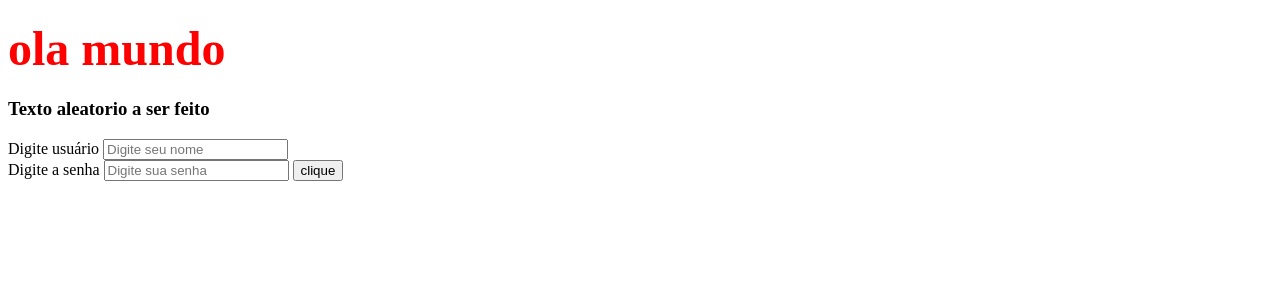
Repository: waanvieira/f21-jdbc-f21-jdbc-exer
Page: curso_java_web1/src/main/webapp/index.html
An editor plug-in stored every save of this project. The page is shown before and after the next save, followed by the edit.
The browser window is 1280 px wide. The pictures show the whole page.

Above is the page before, as saved 2019-02-18 04:19:22.

After the next save:
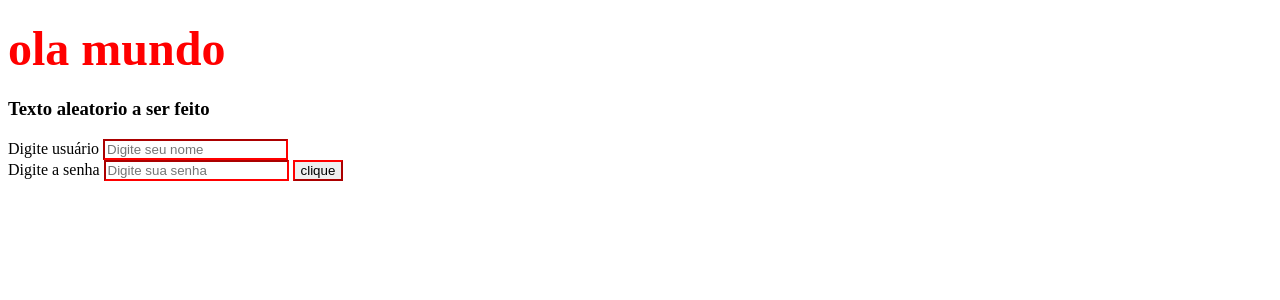
Saved 107 s later.
--- a/curso_java_web1/src/main/webapp/index.html
+++ b/curso_java_web1/src/main/webapp/index.html
@@ -2,6 +2,11 @@
 <html>
 <head>
 <meta charset="ISO-8859-1">
+<style type="text/css">
+input {
+	border-color: red;
+}
+</style>
 <script type="text/javascript">
 function mundo(){
 	if(document.getElementById("variavel").value == ""){
